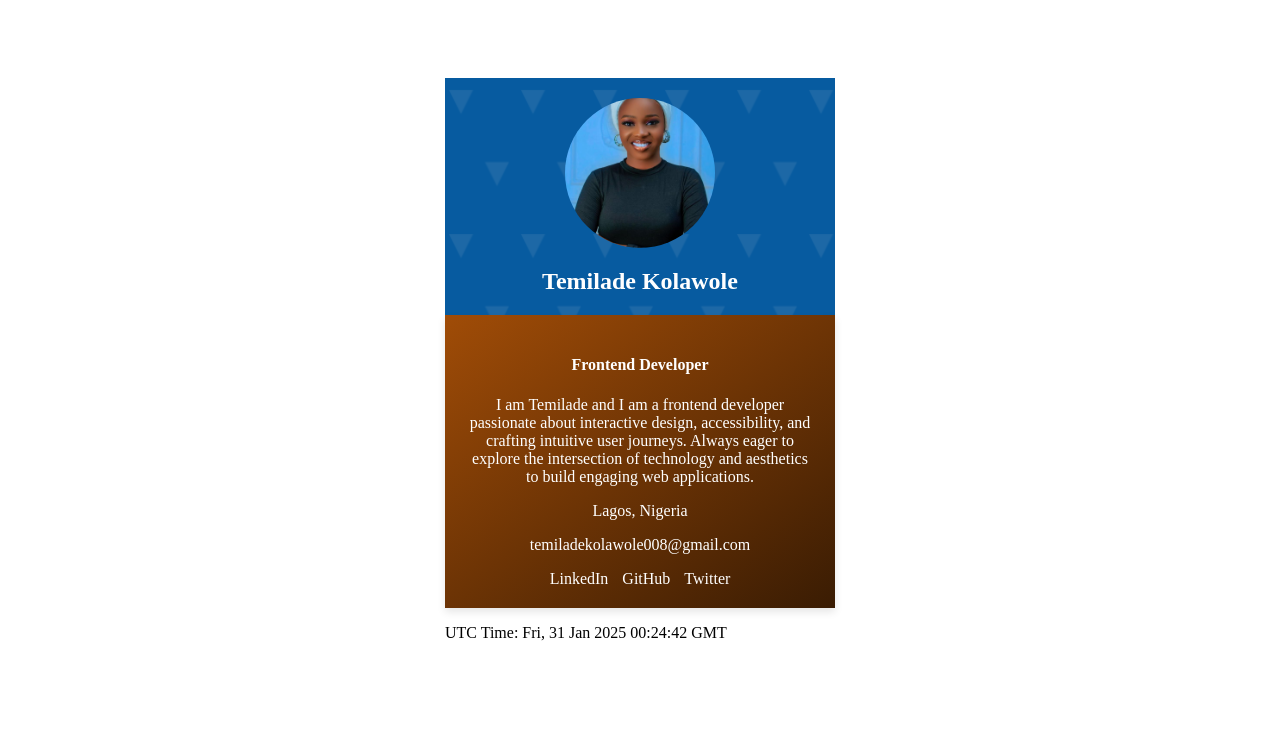
Repository: KolawoleTemilade/ticket-guarantor
Page: profilecard/index..html
The author's editor kept a copy of each file at every save. The page is drawn from the files as they stood at one save, then again after the next save.
The browser window is 1280 px wide. The pictures show the whole page.

Above is the page before, as saved 2025-02-05 00:30:23.

After the next save:
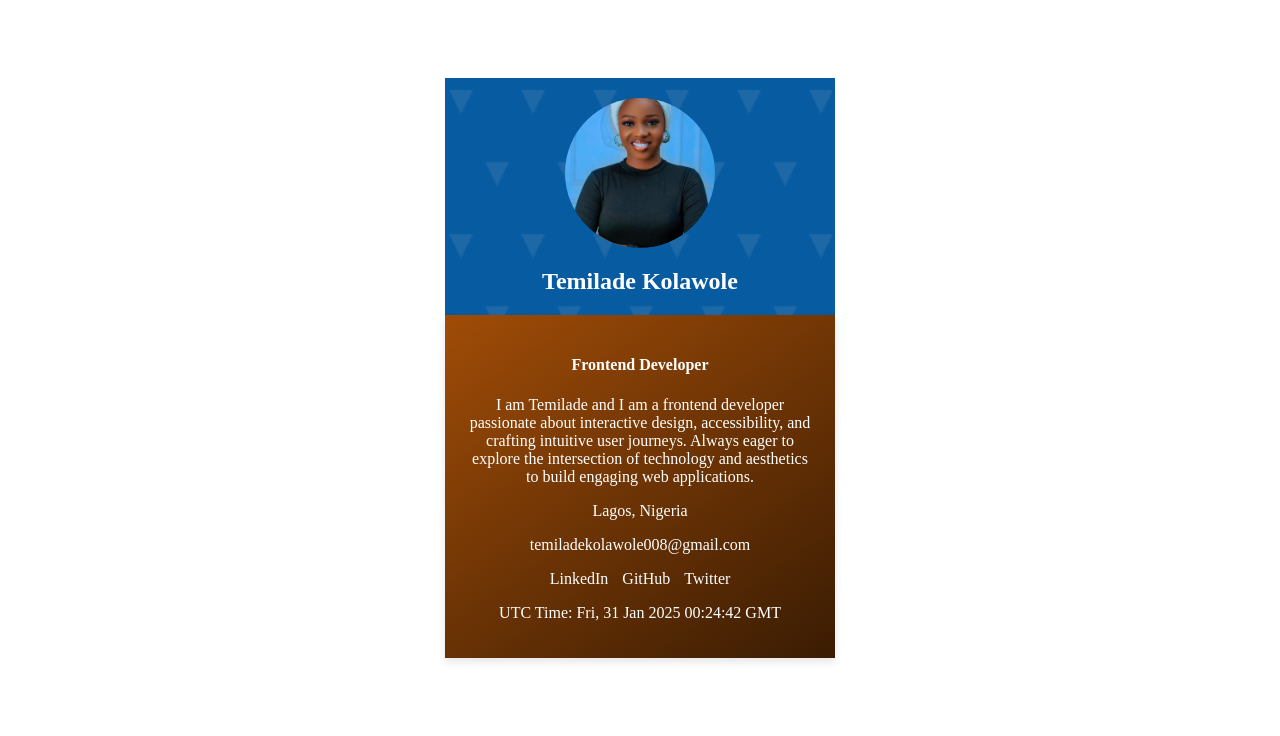
Saved 24 s later.
--- a/profilecard/index..html
+++ b/profilecard/index..html
@@ -30,8 +30,8 @@
             <a href="https://github.com/kolawoleTemilade" target="_blank">GitHub</a>
             <a href="https://twitter.com/temmie415" target="_blank">Twitter</a>
         </div>
+        <p data-testid="currentTimeUTC" id="utcTime"></p>
     </div>
-        <p data-testid="currentTimeUTC" id="utcTime"></p>
     </section>
 
     <script>
